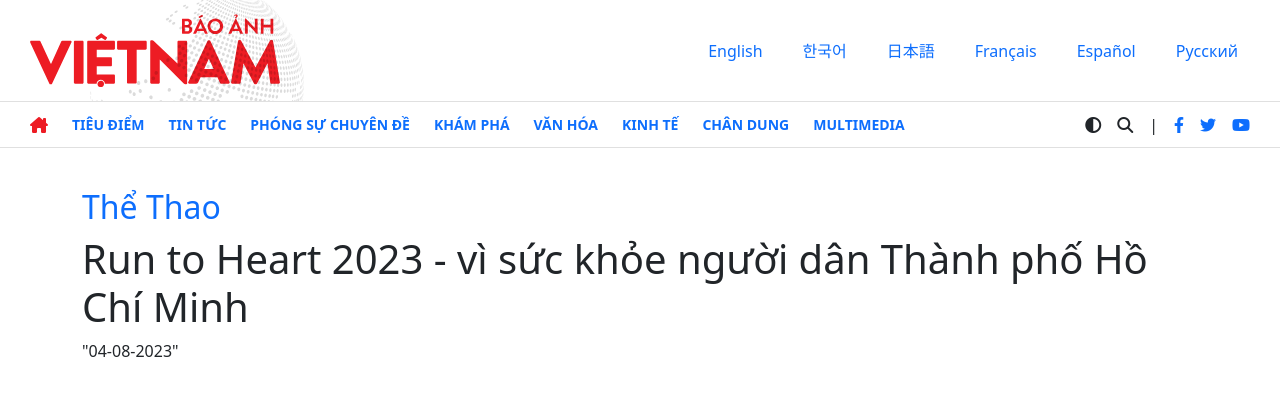
Repository: kietdotshp/webtintuc
Page: Detail.html
These files come from the project's save history. The page is drawn as it stood at one moment and after the next save; the edit follows.
The browser window is 1280 px wide. The pictures show the whole page.
Some icons come from a web library that is not loaded, so they are not drawn. Some web libraries are served in a nearby version.

Above is the page before, as saved 2023-08-10 15:55:57.

After the next save:
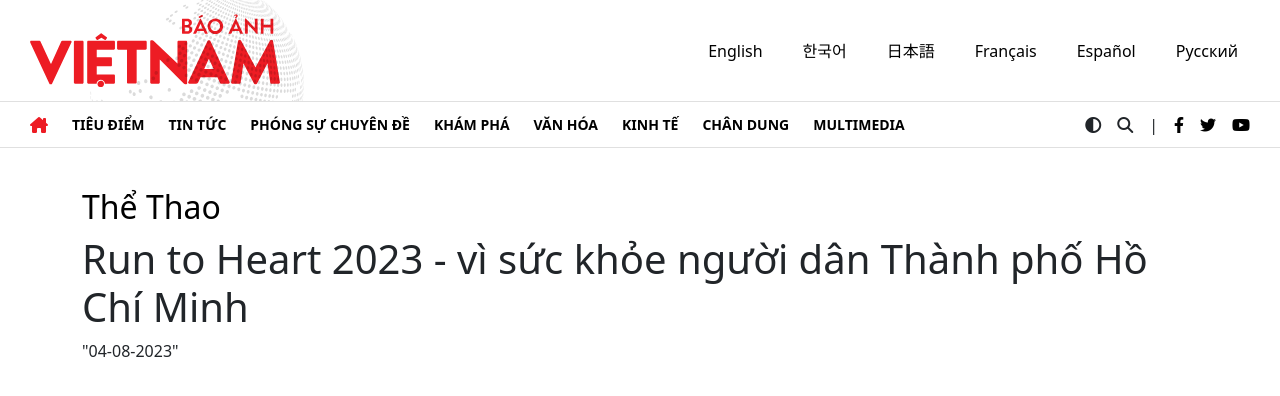
Saved 27 s later.
--- a/assets/css/detail.css
+++ b/assets/css/detail.css
@@ -39,7 +39,7 @@
 
   a {
     text-decoration: none !important;
-    /* color: initial !important; */
+    color: initial !important;
   }
 
   .color-primary {
